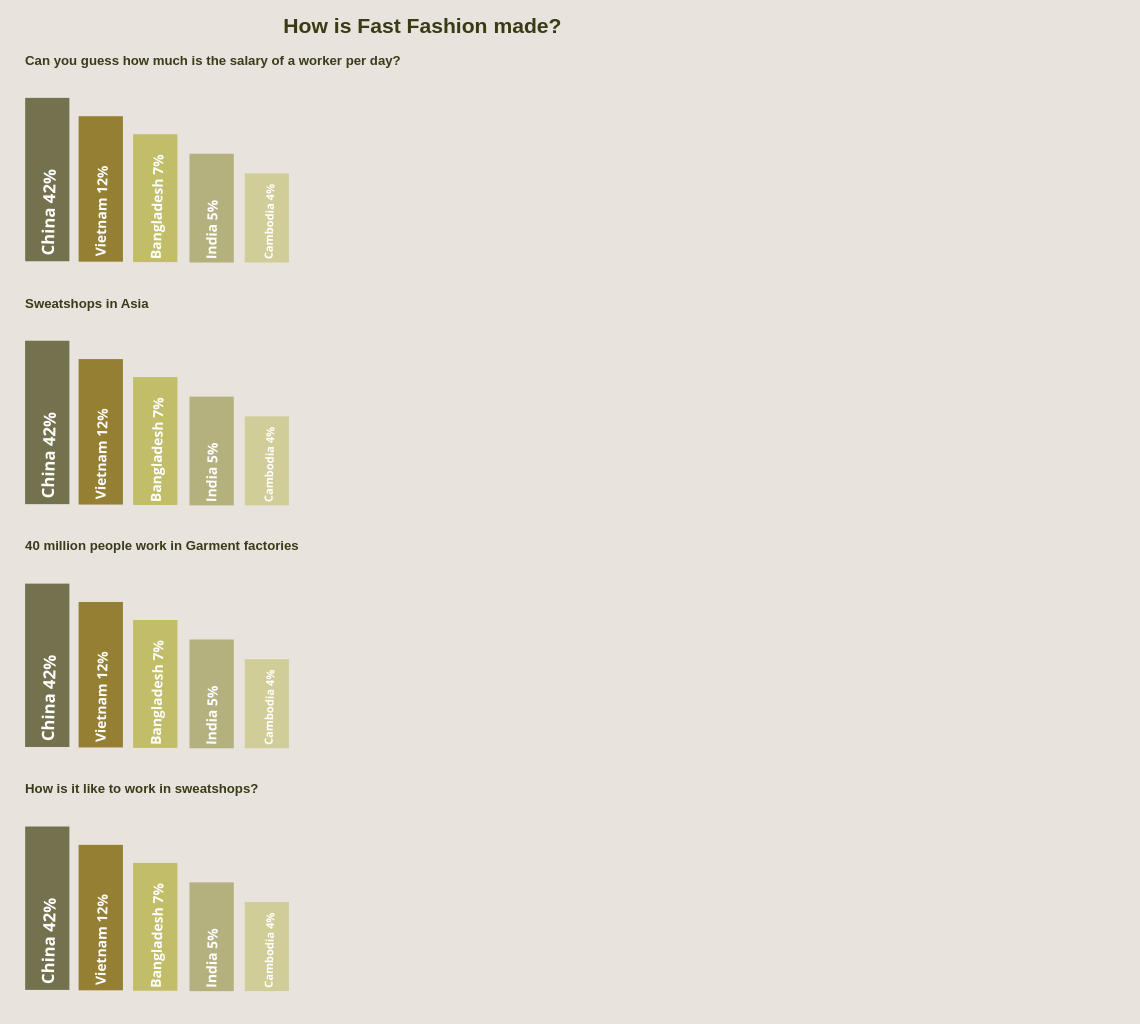
Repository: DevOfHockey/mdia-2190-midterm
Page: fashionlabor.html
An editor plug-in stored every save of this project. The page is shown before and after the next save, followed by the edit.
The browser window is 1280 px wide. The page is 1280 px wide, then 1728 px, then 1280 px, so the pictures cover 1728 px, including what lies to the right of the window. The pictures show the whole page, at 66% of full size.

Above is the page before, as saved 2022-03-01 21:17:50.
Console error: TypeError: Cannot set properties of null (setting 'src')

After the next save:
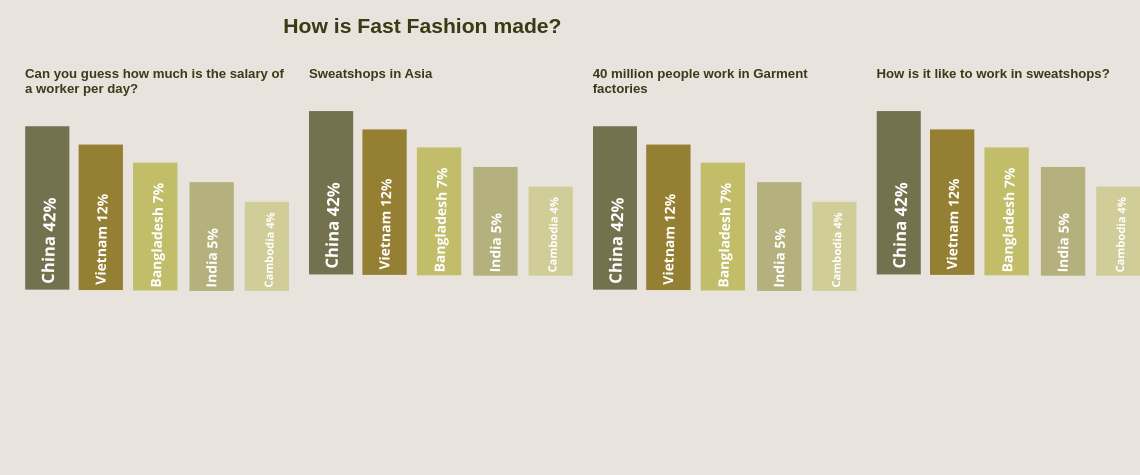
Saved 38 s later.
--- a/fashionlabor.html
+++ b/fashionlabor.html
@@ -15,6 +15,9 @@
     .Headings {
       text-align: center;
       font-family: Arial, Helvetica, sans-serif;
+    }
+    .info {
+      display: flex;
     }
 
 </style>

After the 2 saves that followed:
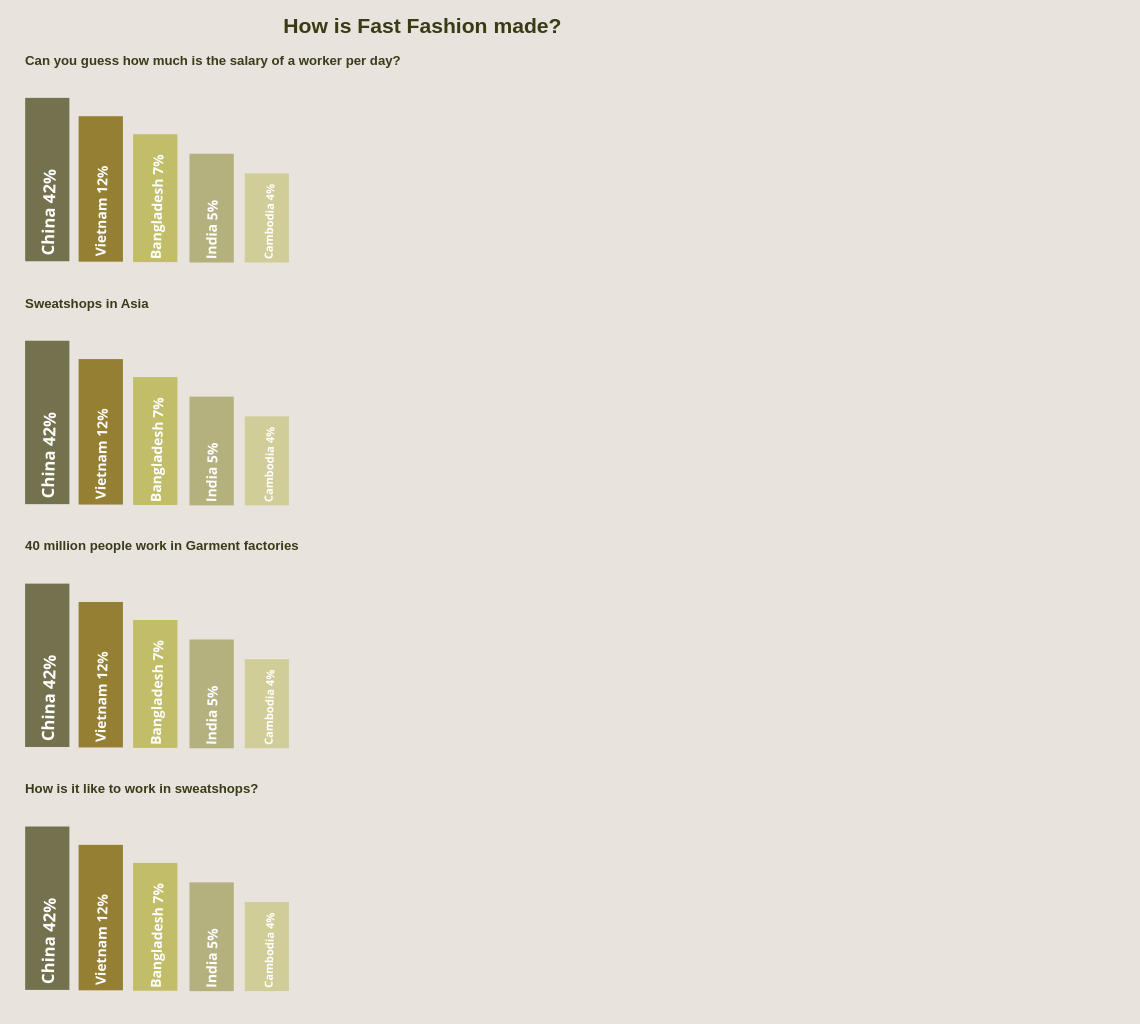
The 2 saves are shown as one change because 1 left the picture as it was.
The last was saved 4 min 4 s later.
--- a/fashionlabor.html
+++ b/fashionlabor.html
@@ -17,7 +17,7 @@
       font-family: Arial, Helvetica, sans-serif;
     }
     .info {
-      display: flex;
+
     }
 
 </style>
